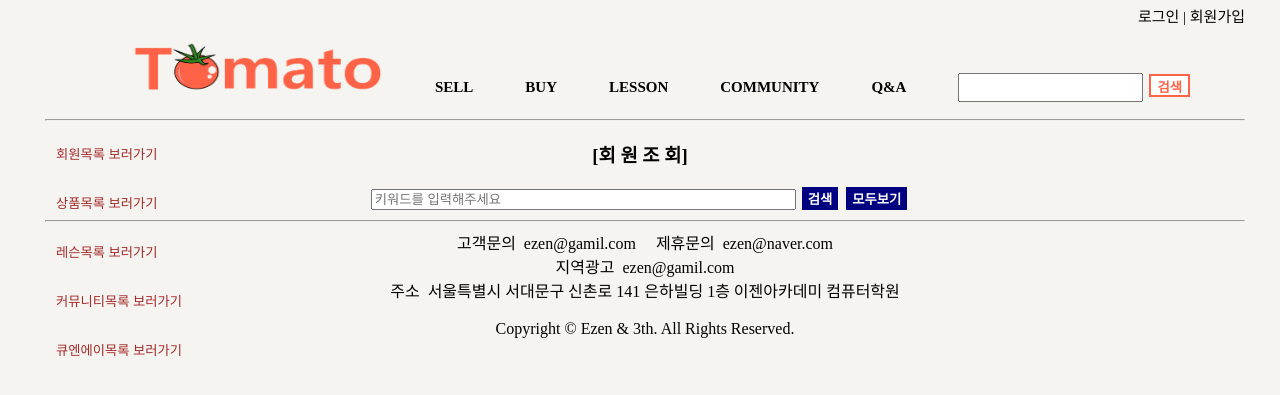
Repository: javadogfoot/semi-project
Page: http://localhost/tomato/admin/memberList_admin.jsp
The author's editor kept a copy of each file at every save. The page is drawn from the files as they stood at one save, then again after the next save.
The browser window is 1280 px wide. The pictures show the whole page.
The page is served by Tomcat 9. Other server files are loaded and not shown.

Above is the page before, as saved 2021-10-18 16:45:25.

### semi프로젝트워크스페이스/tomato/src/main/webapp/admin/memberList_admin.jsp
<%@ page language="java" contentType="text/html; charset=UTF-8"
    pageEncoding="UTF-8"%>
<%request.setCharacterEncoding("utf-8"); %>
<!DOCTYPE html>
<html>
<head>
<meta charset="UTF-8">
<title>Insert title here</title>
<link rel="stylesheet" type="text/css" href="/tomato/css/mainLayout.css">
<style>
#joinbtn1{
   background-color: navy;
   color: white;
   font-weight: bold;
   height:23px;
   border: none;
   margin:2px;
}
#joinbtn1:hover{
   background: #f5f4f0;
   color: navy;
   font-weight: bold;
   height:23px;
   border: none;
   margin:2px;
}

.sidebar a {
padding: 15px 16px 15px 16px;
text-decoration: none;
font-size: 10pt;
color: brown;
display: block;
border: 1px bold tomato;
}
.sidebar a:hover {
color: tomato;
}
form {
   text-align : center;
}
h3{
   text-align: center;
}
li {
   list-style-type: none;
}
h4 {
   text-align: center;
   margin: 0px auto;
}
aside {
   width:200px;
   float:left;
}
fieldset{
   margin: 0px auto;
   width: 700px;
   text-align: center;
}
</style>
<script>
function showListAll(){
   location.href='memberListAll_admin.jsp';
}
</script>
</head>
<body>
<%@include file="/header.jsp" %>
<aside>
<div class="sidebar" style="position:absolute;">
<div></div><a href="memberList_admin.jsp">회원목록 보러가기</a>
<div></div><a href="buyList_admin.jsp">상품목록 보러가기</a>
<div></div><a href="lessonList_admin.jsp">레슨목록 보러가기</a>
<div></div><a href="communityList_admin.jsp">커뮤니티목록 보러가기</a>
<div></div><a href="qnaList_admin.jsp">큐엔에이목록 보러가기</a>
</div>
</aside>
<section>
      <h3>[회 원 조 회]</h3>
</section>
<section>
   <form name="keywordFind" method="post">
      <input type="text" name="keyword" placeholder="키워드를 입력해주세요" size="50">
      <input type="submit" value="검색" id="joinbtn1" >
      <input type="button" name="listAll" value="모두보기" id="joinbtn1" onclick="showListAll()">
   </form>
</section>
<section>
      <%
      if(request.getMethod().equals("GET")){
         %>
         <div></div>
         <%
      }else {
         %>
         <jsp:include page="memberKeywordFind_ok.jsp"></jsp:include>
         <%
      }
      %>
</section>
<%@include file="/footer.jsp" %>
</body>
</html>

### semi프로젝트워크스페이스/tomato/src/main/webapp/header.jsp
<%@ page language="java" contentType="text/html; charset=UTF-8"
    pageEncoding="UTF-8"%>
<!DOCTYPE html>
<html>
<head>
<meta charset="UTF-8">
<title>Insert title here</title>
<style>

#btn1{
   background-color: white;
   color: tomato;
   font-weight: bold;
   height:23px;
   border: none;
   margin:2px;
   border: 2px solid tomato;
}
#btn1:hovertn1{
   background-color: tomato;
   color: white;
   font-weight: bold;
   height:23px;
   border: none;
   margin:2px;
   border: 2px solid tomato;
}
</style>
</head>
<body>
<header>
<%
String m_id=(String)session.getAttribute("m_id");
String m_name=(String)session.getAttribute("m_name");
if(m_id==null){
   %>
   <div>
   <a href="/tomato/member/login.jsp">로그인</a> | <a href="/tomato/member/join.jsp">회원가입</a>
   </div>
   <%
}else{
      %>
   <div>
   <%
   if(m_id.equals("admin")){
      %>
      <a href="/tomato/admin/memberList_admin.jsp"><%=m_name %>님 마이페이지</a> |
      <%
   }else{
      %>
      <a href="/tomato/member/mypage.jsp"><%=m_name %>님 마이페이지</a> |
      <%
   }
   %>
   <a href="/tomato/member/logout.jsp">로그아웃</a>
   </div>
   <%
}
%>
<nav>
<ul>
   <li><h1><a href="/tomato/index.jsp"><img src="/tomato/img/토마토_메인로고.png" alt="메인로고" height="50px" width="250px"></a></h1></li>
   <li><h2><a href="/tomato/sell/sell.jsp">SELL</a></h2></li>
   <li><h2><a href="/tomato/buy/buyList.jsp?col=s_idx&range=desc">BUY</a></h2></li>
   <li><h2><a href="/tomato/lesson/lessonList.jsp">LESSON</a></h2></li>
   <li><h2><a href="/tomato/community/community.jsp">COMMUNITY</a></h2></li>
   <li><h2><a href="/tomato/qna/qnaList.jsp">Q&A</a></h2></li>
   <li>
		<form name="headerSearch" action="/tomato/buy/headerBuySearch.jsp" style="display: inline;">
			<input type="text" name="searchValue">
			<input type="submit" value="검색" id="btn1">
		</form>
	</li>
</ul>
</nav>
<hr/>
</header>
</body>
</html>

### semi프로젝트워크스페이스/tomato/src/main/webapp/footer.jsp
<%@ page language="java" contentType="text/html; charset=UTF-8"
    pageEncoding="UTF-8"%>
<!DOCTYPE html>
<html>
<head>
<meta charset="UTF-8">
<title>Insert title here</title>
</head>
<body>
<footer>
<hr/>
<div>
고객문의&nbsp;&nbsp;ezen@gamil.com &nbsp;&nbsp;&nbsp;&nbsp;제휴문의&nbsp;&nbsp;ezen@naver.com
<br/>
지역광고&nbsp;&nbsp;ezen@gamil.com
<br/>
주소&nbsp;&nbsp;서울특별시 서대문구 신촌로 141 은하빌딩 1층 이젠아카데미 컴퓨터학원
</div>
<br/>
<div>Copyright &copy; Ezen & 3th. All Rights Reserved.</div>
</footer>
</body>
</html>

### semi프로젝트워크스페이스/tomato/src/main/webapp/css/mainLayout.css
@charset "UTF-8";
body{
   background-color: #f5f4f0;
   margin: 5px auto;
   width: 1200px;
}
header{
   width: 1200px;
   margin: 5px;
}
header div{
   text-align: right;
   font-size: 15px;
}
header div a{
   color: black;
   text-decoration: none;
}
header div a:hover{
   color: black;
   text-decoration: underline;
}
h1{
   font-size: 45px;
   color: tomato;
   display: inline;
}
h1 a{
   text-decoration: none;
   color: tomato;
}
h2{
   color: black;
   display: inline;
   font-size: 15px;
}
h2 a{
   text-decoration: none;
   color: black;
}
header nav li{
   list-style-type: none;
   display: inline;
   color: black;
   margin-left: 48px;
}
header input{

   height: 23px;
}
section{
   width: 1200px;
}
footer{
   width: 1200px;
   clear: both;
   margin: 5px;
   text-align: center;
}

After the next save:
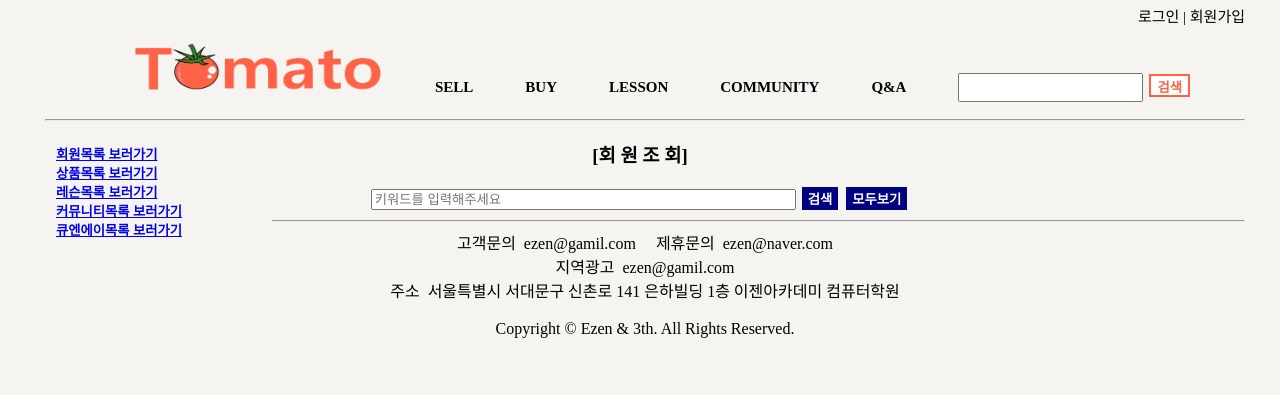
Saved 17 s later.
--- a/semi프로젝트워크스페이스/tomato/src/main/webapp/admin/memberList_admin.jsp
+++ b/semi프로젝트워크스페이스/tomato/src/main/webapp/admin/memberList_admin.jsp
@@ -24,8 +24,12 @@
    border: none;
    margin:2px;
 }
-
-.sidebar a {
+.sidebar {
+font-size : 3px;
+font-weight : bold;
+height: 500px;
+width: 200px;
+background: #f5f4f0;
 padding: 15px 16px 15px 16px;
 text-decoration: none;
 font-size: 10pt;
@@ -33,6 +37,7 @@ color: brown;
 display: block;
 border: 1px bold tomato;
 }
+
 .sidebar a:hover {
 color: tomato;
 }
